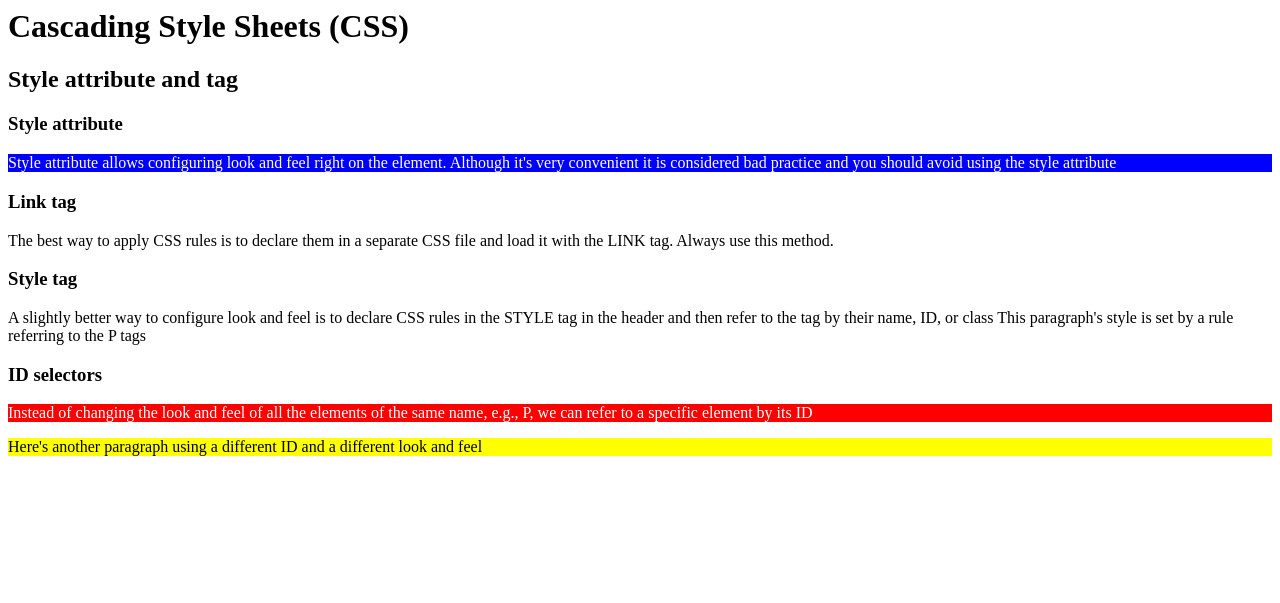
Repository: yuqiant/kanbas-react-web-app
Page: public/labs/a2/index.html
An editor plug-in stored every save of this project. The page is shown before and after the next save, followed by the edit.
The browser window is 1280 px wide. The pictures show the whole page.

Above is the page before, as saved 2023-10-01 19:34:24.

After the next save:
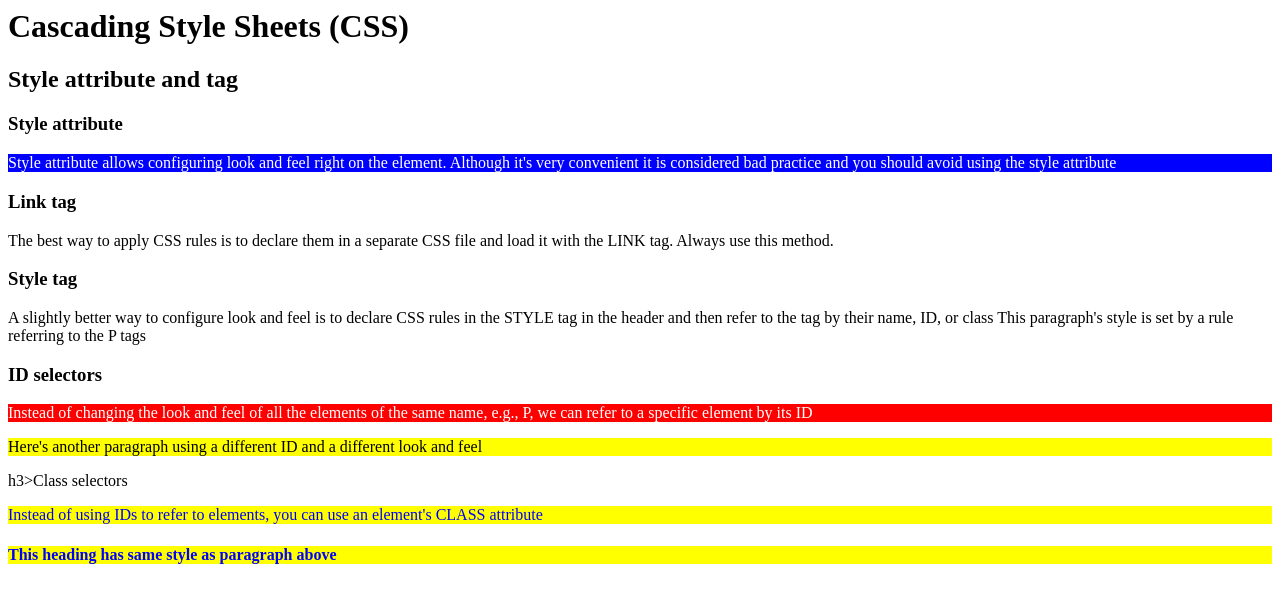
Saved 7 s later.
--- a/public/labs/a2/index.html
+++ b/public/labs/a2/index.html
@@ -55,3 +55,12 @@
     different ID and a different look
     and feel
 </p>
+
+h3>Class selectors</h3>
+<p class="wd-class-selector">
+    Instead of using IDs to refer
+    to elements, you can use an
+    element's CLASS attribute</p>
+<h4 class="wd-class-selector">
+    This heading has same style as
+    paragraph above</h4>
